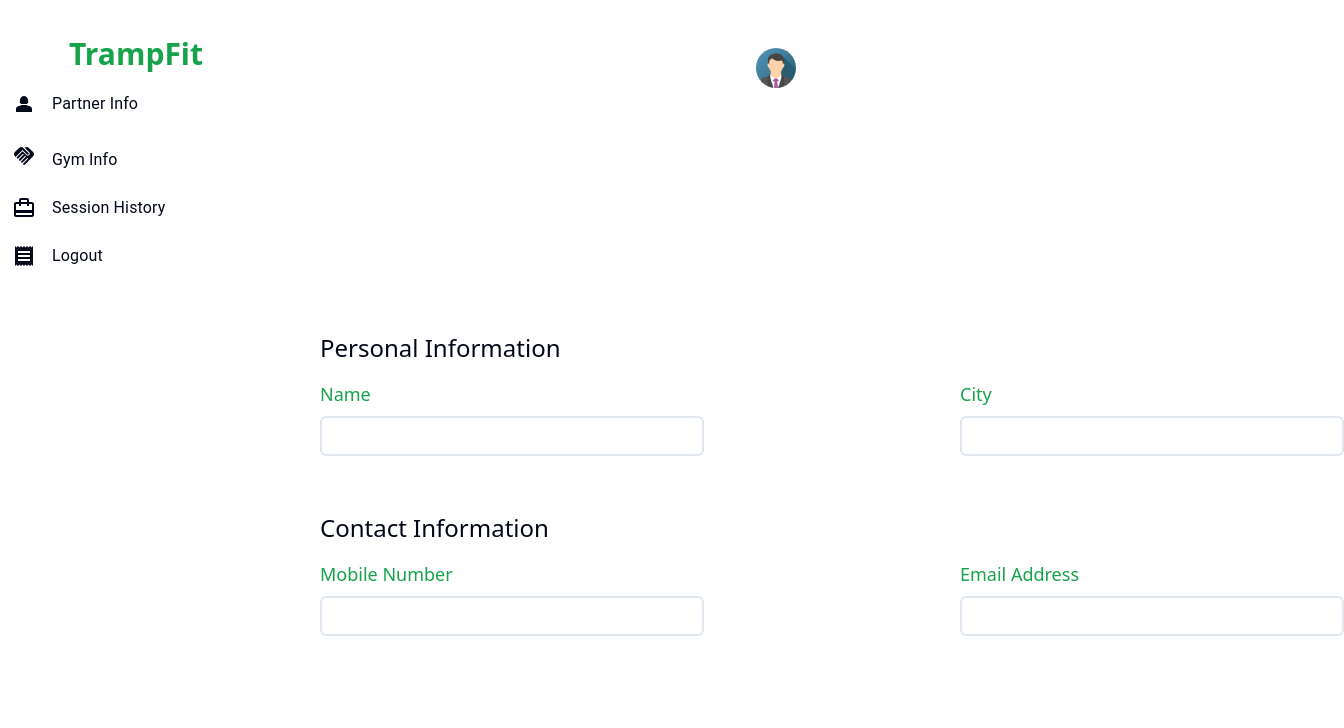
Repository: ezioxatul/TrampFit-Website
Page: /partner/partnerDashboard/partnerInfo (app in Frontend/)
These files come from the project's save history. The page is drawn as it stood at one moment and after the next save; the edit follows.
The browser window is 1280 px wide. The page is 1344 px wide, so the pictures cover 1344 px, including what lies to the right of the window. The pictures show the whole page.
The project was rebuilt for these pictures with package versions that can differ from the ones it lists, and the page was loaded fresh each time. The framework's server and built-in components were replaced by stand-ins that run in the browser. Also part of the build but not shown: Frontend/next.config.js, Frontend/next.config.mjs, Frontend/components/Loader.js, Frontend/components/Popup.js.

Above is the page before, as saved 2024-05-16 17:48:43.

After the next save:
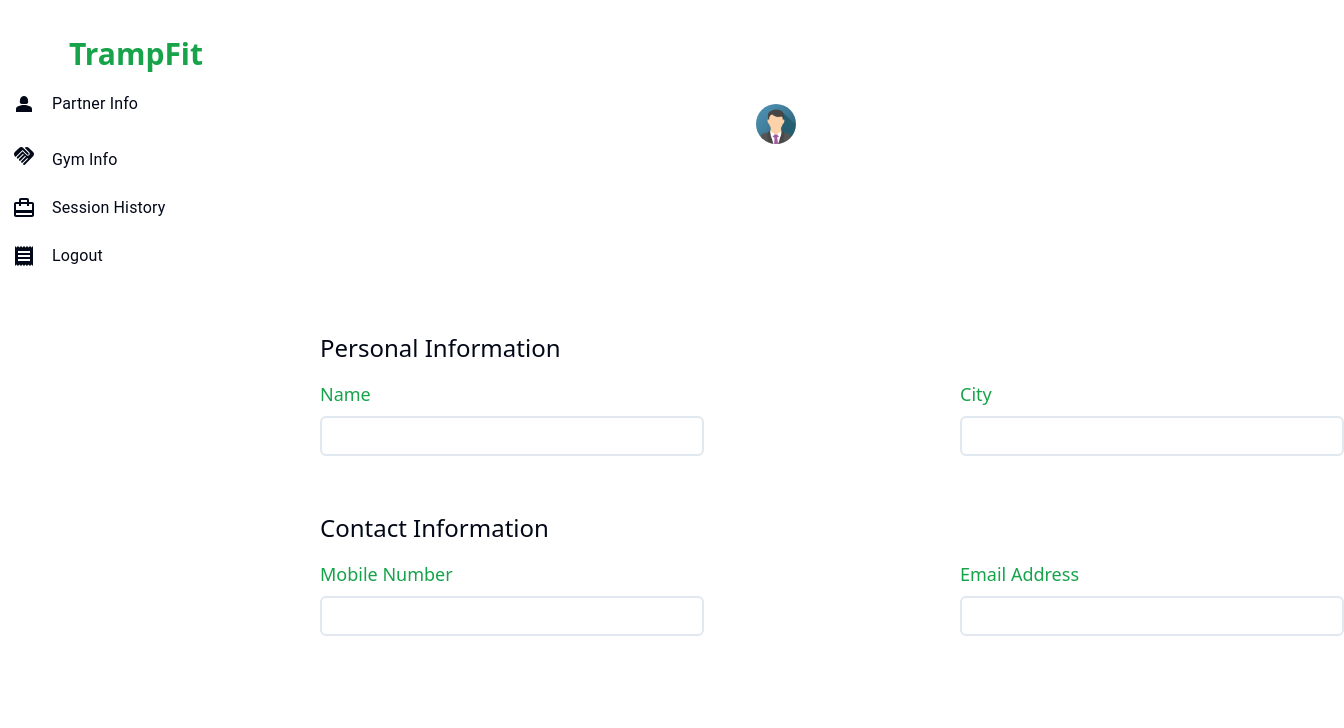
Saved 9 s later.
--- a/Frontend/pages/partner/partnerDashboard/partnerInfo.js
+++ b/Frontend/pages/partner/partnerDashboard/partnerInfo.js
@@ -16,7 +16,7 @@ export default function partnerInfo() {
             <div className="flex flex-col min-h-screen">
                 <div className="flex">
                     <PartnerSideBar />
-                        <Avatar className="w-36 mx-auto mt-10 h-36 text-6xl bg-black" src="/avtar.png" />
+                        <Avatar className="w-36 mx-auto mt-24 h-36 text-6xl bg-black" src="/avtar.png" />
                 </div>
                 <div>
                     <h1 className={`${containerClassName} text-2xl mb-4`}>Personal Information</h1>
